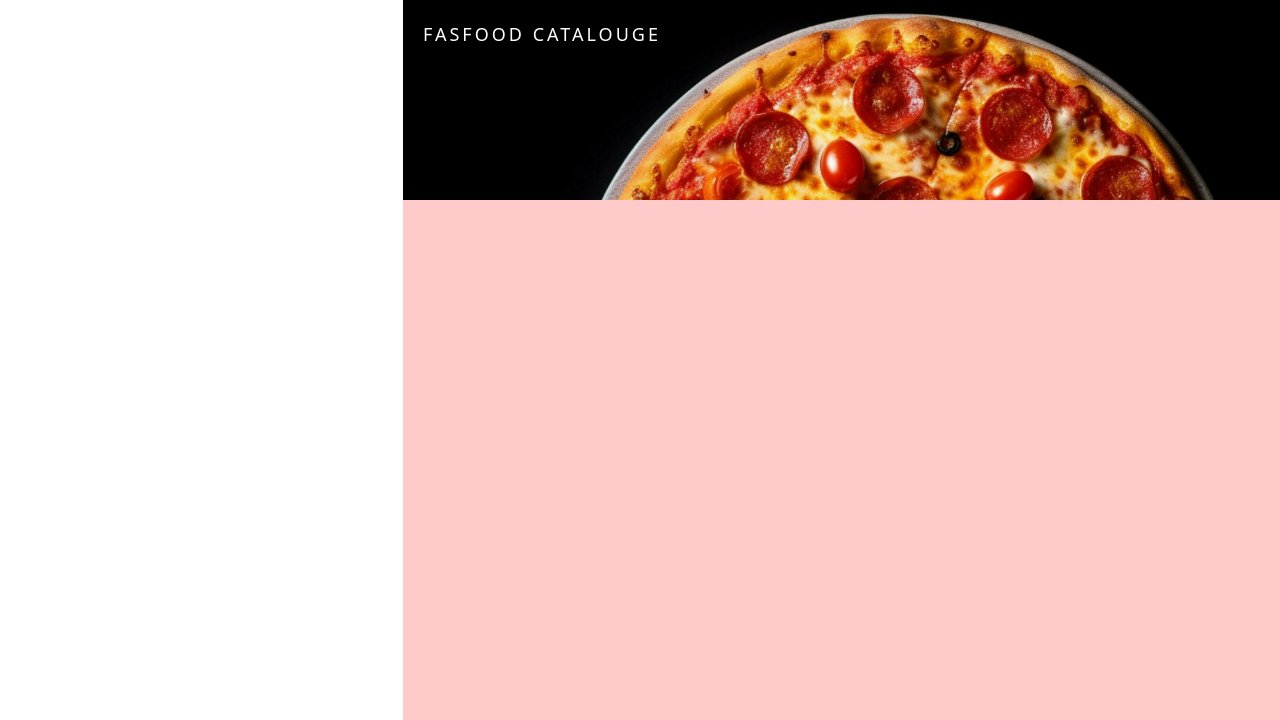
Repository: zahranaserii/FastFoodProject
Page: /
The author's editor kept a copy of each file at every save. The page is drawn from the files as they stood at one save, then again after the next save.
The browser window is 1280 px wide. The pictures show the whole page.
The project was rebuilt for these pictures with package versions that can differ from the ones it lists, and the page was loaded fresh each time.

Above is the page before, as saved 2023-11-17 11:29:52.

### public/index.html
<!DOCTYPE html>
<html lang="fa" dir="rtl">
  <head>
    <meta charset="utf-8" />
    <meta name="viewport" content="width=device-width, initial-scale=1" />
    <meta name="theme-color" content="#000000" />
    <meta
      name="description"
      content="Web site created using create-react-app"
    />
    <link rel="apple-touch-icon" href="%PUBLIC_URL%/logo192.png" />
    <!--
      manifest.json provides metadata used when your web app is installed on a
      user's mobile device or desktop. See https://developers.google.com/web/fundamentals/web-app-manifest/
    -->
    <link rel="manifest" href="%PUBLIC_URL%/manifest.json" />
    <!--
      Notice the use of %PUBLIC_URL% in the tags above.
      It will be replaced with the URL of the `public` folder during the build.
      Only files inside the `public` folder can be referenced from the HTML.

      Unlike "/favicon.ico" or "favicon.ico", "%PUBLIC_URL%/favicon.ico" will
      work correctly both with client-side routing and a non-root public URL.
      Learn how to configure a non-root public URL by running `npm run build`.
    -->
    <title>React App</title>
  </head>
  <body>
    <noscript>You need to enable JavaScript to run this app.</noscript>
    <div id="root"></div>
    <!--
      This HTML file is a template.
      If you open it directly in the browser, you will see an empty page.

      You can add webfonts, meta tags, or analytics to this file.
      The build step will place the bundled scripts into the <body> tag.

      To begin the development, run `npm start` or `yarn start`.
      To create a production bundle, use `npm run build` or `yarn build`.
    -->
  </body>
</html>

### src/App.js
import "./App.css";
import Header from "./Header/Header";

function App() {
  return (
    <div className="bg-red-200 max-w-5xl container">
      <Header />
    </div>
  );
}

export default App;

### src/Header/Header.jsx
import React from "react";
import "./header.css";
const Header = () => {
  return (
    <header className="bg-cover">
      <div className="p-5">
        <h1 className="text-white text-lg text-end uppercase">
          fasfood catalouge
        </h1>
      </div>
    </header>
  );
};

export default Header;

### src/Header/header.css
header {
  height: 200px;
  background: url("../assets/images/of-pizza-with-no-background-free-photo.jpg");
  letter-spacing: 3px;
}

Loaded but not shown: src/index.js (common file); src/index.css (common file); src/App.css (common file); tailwind.config.js (common file)

After the next save:
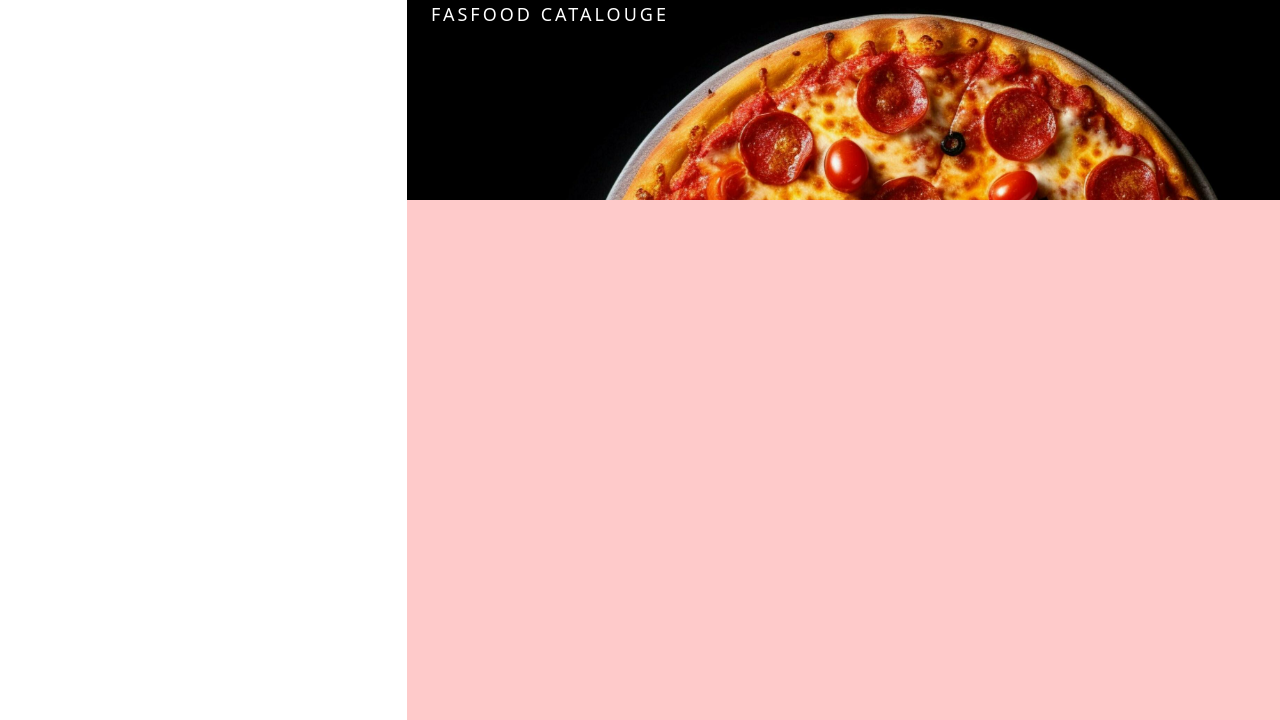
Saved 5 s later.
--- a/src/Header/Header.jsx
+++ b/src/Header/Header.jsx
@@ -3,7 +3,7 @@ import "./header.css";
 const Header = () => {
   return (
     <header className="bg-cover">
-      <div className="p-5">
+      <div className="px-6">
         <h1 className="text-white text-lg text-end uppercase">
           fasfood catalouge
         </h1>
